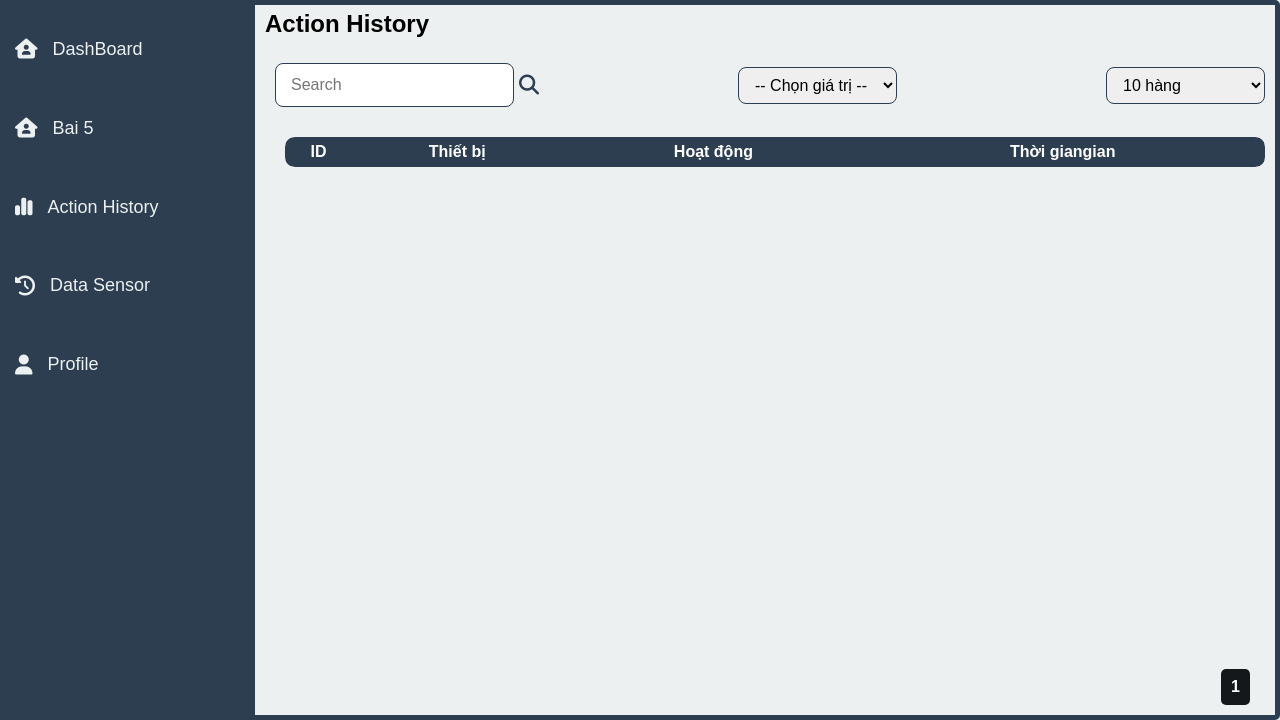
Repository: duongnoob23/duyyyy
Page: /action (app in iot/)
An editor plug-in stored every save of this project. The page is shown before and after the next save, followed by the edit.
The browser window is 1280 px wide. The pictures show the whole page.
The page's requests for data from a server got no answer. Some web libraries are served in a nearby version. The project was rebuilt for these pictures with package versions that can differ from the ones it lists, and the page was loaded fresh each time. No one was signed in, and anything a server would have sent is missing. Also part of the build but not shown: iot/src/App.css, iot/src/Pages/Home/Home.css, iot/src/Components/Doughnut/GaugeChart.js, iot/src/Components/LineChart/LineChartECharts.js, iot/src/Pages/Home/Home.js, iot/src/Pages/DataLogs/DataLogs.js, iot/src/Pages/Profile/Profile.css, iot/src/Pages/Profile/Profile.js and 3 more.

Above is the page before, as saved 2024-12-25 23:13:39.

### iot/public/index.html
<!DOCTYPE html>
<html lang="en">
  <head>
    <meta charset="utf-8" />
    <link rel="icon" href="%PUBLIC_URL%/favicon.ico" />
    <meta name="viewport" content="width=device-width, initial-scale=1" />
    <meta name="theme-color" content="#000000" />
    <meta
      name="description"
      content="Web site created using create-react-app"
    />
    <link rel="apple-touch-icon" href="%PUBLIC_URL%/logo192.png" />
    <!--
      manifest.json provides metadata used when your web app is installed on a
      user's mobile device or desktop. See https://developers.google.com/web/fundamentals/web-app-manifest/
    -->
    <link rel="manifest" href="%PUBLIC_URL%/manifest.json" />
    <!--
      Notice the use of %PUBLIC_URL% in the tags above.
      It will be replaced with the URL of the `public` folder during the build.
      Only files inside the `public` folder can be referenced from the HTML.

      Unlike "/favicon.ico" or "favicon.ico", "%PUBLIC_URL%/favicon.ico" will
      work correctly both with client-side routing and a non-root public URL.
      Learn how to configure a non-root public URL by running `npm run build`.
    -->
    <link rel="stylesheet" href="https://cdnjs.cloudflare.com/ajax/libs/font-awesome/6.6.0/css/all.min.css" integrity="sha512-Kc323vGBEqzTmouAECnVceyQqyqdsSiqLQISBL29aUW4U/M7pSPA/gEUZQqv1cwx4OnYxTxve5UMg5GT6L4JJg==" crossorigin="anonymous" referrerpolicy="no-referrer" />
    <title>React App</title>
    <script src="https://code.highcharts.com/highcharts.js"></script>
  </head>
  <body>
    <noscript>You need to enable JavaScript to run this app.</noscript>
    <div id="root"></div>
    <!--
      This HTML file is a template.
      If you open it directly in the browser, you will see an empty page.

      You can add webfonts, meta tags, or analytics to this file.
      The build step will place the bundled scripts into the <body> tag.

      To begin the development, run `npm start` or `yarn start`.
      To create a production bundle, use `npm run build` or `yarn build`.
    -->
  </body>
</html>

### iot/src/index.js
import React from 'react';
import { DatePicker } from 'antd';
import ReactDOM from 'react-dom/client';
import './index.css';
import App from './App';
import reportWebVitals from './reportWebVitals';
import { BrowserRouter } from 'react-router-dom';


const root = ReactDOM.createRoot(document.getElementById('root'));
root.render(
  // <React.StrictMode>
  <BrowserRouter>
    <App />
  </BrowserRouter>

  // </React.StrictMode>
);


reportWebVitals();

### iot/src/index.css
body {
  margin: 0;
  font-family: -apple-system, BlinkMacSystemFont, 'Segoe UI', 'Roboto', 'Oxygen',
    'Ubuntu', 'Cantarell', 'Fira Sans', 'Droid Sans', 'Helvetica Neue',
    sans-serif;
  -webkit-font-smoothing: antialiased;
  -moz-osx-font-smoothing: grayscale;
}

code {
  font-family: source-code-pro, Menlo, Monaco, Consolas, 'Courier New',
    monospace;
}

*{
  box-sizing: border-box;
  font-family: Arial, Helvetica, sans-serif;
}

html{
  font-size: 62.5%;
}

ul,li{
  list-style-type: none;
  margin: 0;
  padding:0;
}
a{
  text-decoration: none;
}

body{
  margin: 0;
  padding: 0;

}

### iot/src/App.js
// import logo from './logo.svg';
import './App.css';
import Layout from './Components/Layout/Layout';
import { Routes,Route} from 'react-router-dom';
import Home from './Pages/Home/Home';
import DataLogs from './Pages/DataLogs/DataLogs';
import Profile from './Pages/Profile/Profile';
import Action from './Pages/Action/Action';
import Bai5 from './Pages/Bai5/Bai5';
function App() {
  return (
    <>

      <Routes>
          <Route path="/" element = {<Layout/>}>
            <Route path='home' element={<Home/>}/>
            <Route path='bai5' element={<Bai5 />}/>
            <Route path='datalogs' element={<DataLogs/>}/>
            <Route path='profile' element={<Profile/>}/>
            <Route path='action' element={<Action/>}/>
          </Route>
      </Routes>
    </>
  );
}

export default App;

### iot/src/Components/Layout/Layout.js
import './Layout.css'
import { Link, Outlet, } from "react-router-dom";
// import { useState } from "react";

function Layout(){

    return (
        <>

        <div className="dashBoard">
        <div className="sideBar">
            <ul className="sideBar-list">
                <li className="sideBar-item">
                    {/* <a  href="#" className="sideBar-icon">
                        <i className="fa-solid fa-house-user">
                        </i>
                        <span className='sideBar-text'>DashBoard</span>
                    </a> */}
                    <Link className='sideBar-icon' to={"/home"}>
                        <i className="fa-solid fa-house-user">
                        </i>
                        <span className='sideBar-text'>DashBoard</span>
                    </Link>
                </li>
                <li className="sideBar-item">
                    <Link className='sideBar-icon' to={"/bai5"}>
                        <i className="fa-solid fa-house-user">
                        </i>
                        <span className='sideBar-text'>Bai 5</span>
                    </Link>
                </li>
                <li className="sideBar-item">
                <Link  className="sideBar-icon" to={"/action"}>
                    <i className="fa-solid fa-chart-simple"></i>
                        <span className='sideBar-text'>Action History</span>
                    </Link>
                </li>
                <li className="sideBar-item">
                    <Link className="sideBar-icon" to={"/datalogs"} >
                    <i className="fa-solid fa-clock-rotate-left"></i>
                        <span className='sideBar-text'> Data Sensor</span>
                    </Link>
                </li>
                <li className="sideBar-item">

                    <Link className="sideBar-icon" to={"/profile"}>
                        <i className="fa-solid fa-user"></i>
                        <span className='sideBar-text'>Profile</span>
                    </Link>
                </li>
            </ul>
        </div>
        <div className="sideMain">
            <Outlet/>
        </div>
    </div>
        </>
    )
}

export default Layout;

### iot/src/Pages/Action/Action.js
import "./Action.css";
import { useEffect, useRef, useState } from "react";
import { URL } from "../../Components/Helper/URL";

function Action() {
  const [databackup, setDataBackUp] = useState([]);
  const [data, setData] = useState([]);
  const [selectKey, setSelectKey] = useState("");
  const [selectInput, setSelectInput] = useState("");
  const [selectRow, setSelectRow] = useState(10);
  const [totalPage, setTotalPage] = useState(0);
  const [params, setParams] = useState({
    searchKey: "",
    searchValue: "",
    page: 1,
    limit: 10,
    sortKey: "",
    sortValue: "",
  });

  const inputRef = useRef(null);

  const updateParams = (newParams) => {
    setParams((prevParams) => ({ ...prevParams, ...newParams }));
  };

  const fetchApi = () => {
    const queryString = new URLSearchParams(params).toString();
    fetch(`${URL}/action?${queryString}`)
      .then((res) => res.json())
      .then((data) => {
        setData(data.results);
        setDataBackUp(data.results);
        setTotalPage(data.totalPages || 0);
      });
  };

  useEffect(() => {
    fetchApi();
  }, [params]);

  const handleChangeSelectKey = (e) => setSelectKey(e.target.value);
  const handleChangeSelectInput = (e) => setSelectInput(e.target.value);
  const handleChangeSelectRow = (e) => updateParams({ limit: e.target.value });

  const handleNextPage = () => {
    if (params.page < totalPage) updateParams({ page: params.page + 1 });
  };

  const handlePrePage = () => {
    if (params.page > 1) updateParams({ page: params.page - 1 });
  };

  const handleClickSearch = () => {
    const formattedSearchValue =
      selectKey === "time" && selectInput.length === 16
        ? `${selectInput}:00`
        : selectInput;

    updateParams({
      searchKey: selectKey,
      searchValue: formattedSearchValue || "",
      page: 1,
    });

    inputRef.current.value = "";
    inputRef.current.focus();
    setSelectInput("");
    setSelectKey("");
  };

  const handleClickSort = (sortKey) => {
    let sortValue = "asc";
    if (params.sortKey === sortKey) {
      sortValue = params.sortValue === "asc" ? "desc" : "";
      sortKey = sortValue ? sortKey : "";
    }
    updateParams({ sortKey, sortValue, page: 1 });
  };
  return (
    <>
      <div className="action">
        <h2 className="action-title">Action History</h2>
        <div className="option">
          <div className="search">
            <input
              ref={inputRef}
              type="text"
              placeholder="Search"
              className="search__input"
              onChange={handleChangeSelectInput}
            />
            <i
              className="fa-solid fa-magnifying-glass search__icon"
              onClick={handleClickSearch}
            ></i>
          </div>
          <div className="select">
            <select
              value={selectKey}
              className="select__list"
              onChange={handleChangeSelectKey}
            >
              <option value="device">Thiết bị</option>
              <option value="action">Hoạt động</option>
              <option value="time">Thời gian</option>
              <option value="" hidden>
                -- Chọn giá trị --
              </option>
            </select>
          </div>
          <div className="select2">
            <select
              value={selectRow}
              className="select__list"
              onChange={handleChangeSelectRow}
            >
              <option value={10}>10 hàng</option>
              <option value={20}>20 hàng</option>
              <option value={30}>30 hàng</option>
              <option value="" hidden>
                -- Chọn giá trị --
              </option>
            </select>
          </div>
        </div>

        <div className="table__container">
          <table className="table">
            <thead className="table__head">
              <tr className="table-row__head">
                <th>ID</th>
                <th>Thiết bị</th>
                <th>Hoạt động</th>
                <th>Thời giangian</th>
              </tr>
            </thead>
            <tbody className="table__body">
              {data &&
                data.map((item) => (
                  <tr className="table-row__body" key={item._id}>
                    <td>{item.stt}</td>
                    <td>{item.device}</td>
                    <td>{item.action}</td>
                    <td>{item.time}</td>
                  </tr>
                ))}
            </tbody>
          </table>
        </div>

        {/* <div className="table__container">
          <table className="table">
            <thead className="table__head">
              <tr>
                <th>ID</th>
                <th>Thiết bị</th>
                <th>Hành động</th>
                <th>Thời gian</th>
              </tr>
            </thead>
            <tbody>
              {data.map((item) => (
                <tr key={item.id}>
                  <td>{item.stt}</td>
                  <td>{item.device}</td>
                  <td>{item.action}</td>
                  <td>{item.time}</td>
                </tr>
              ))}
            </tbody>
          </table>
        </div> */}

        <div className="pagination">
          <ul className="pagi__list">
            <li className="pagi__pre" onClick={handlePrePage}>
              {params.page > 1 && <i className="fa-solid fa-backward"></i>}
            </li>
            <li className="pagi__cur">{params.page}</li>
            <li className="pagi__next" onClick={handleNextPage}>
              {params.page < totalPage && (
                <i className="fa-solid fa-forward"></i>
              )}
            </li>
          </ul>
        </div>
      </div>
    </>
  );
}

export default Action;

### iot/src/Components/Layout/Layout.css


/* Reset default padding and margins */
* {
    margin: 0;
    padding: 0;
    box-sizing: border-box;
}

/* DashBoard container */
.dashBoard {
    display: flex;
    height : 100vh;
    font-family: 'Roboto', sans-serif;
}

/* SideBar styling */
.sideBar {
    width: 250px;
    background-color: #2c3e50;
    padding: 20px 0;
    position: fixed;
    height: 100%;
    transition: all 0.3s ease;
}

.sideBar-list {
    list-style: none;
    padding-left: 0;
}

.sideBar-item {
    margin-bottom: 20px;
}

.sideBar-icon {
    display: flex;
    align-items: center;
    padding: 15px;
    color: #ecf0f1;
    text-decoration: none;
    transition: background 0.3s ease, color 0.3s ease;
}

.sideBar-icon i {
    margin-right: 15px;
    font-size: 20px;
}

/* Hover effect for sidebar items */
.sideBar-icon:hover {
    background-color: #34495e;
    color: #1abc9c;
    cursor: pointer;
    padding-left: 25px; /* Add a slide effect */
    transition: all 0.3s ease;
}

.sideBar-text {
    font-size: 18px;
}

/* Active link effect */
.sideBar-icon.active {
    background-color: #1abc9c;
    color: #fff;
    border-radius: 8px;
    transition: all 0.3s ease;
}

/* SideMain styling */
.sideMain {
    margin-left: 250px;
    background-color: #ecf0f1;
    flex-grow: 1;
}

/* Responsive Design */
@media screen and (max-width: 768px) {
    .sideBar {
        width: 200px;
    }

    .sideBar-icon {
        padding: 10px;
    }

    .sideMain {
        margin-left: 200px;
        padding: 20px;
    }
}

@media screen and (max-width: 576px) {
    .sideBar {
        width: 60px;
    }

    .sideBar-icon i {
        margin-right: 0;
        text-align: center;
        flex: 1;
    }

    .sideBar-text {
        display: none;
    }

    .sideMain {
        margin-left: 60px;
        padding: 10px;
    }
}

### iot/src/Components/Helper/URL.js
export const URL = "http://localhost:3001";

### iot/src/Pages/DataLogs/DataLogs.css
*{
    box-sizing: border-box;
}
.table {
    width: 90%;
    border-collapse: collapse;
    margin: 10px;
    border-radius:10px;
    overflow: hidden;
}

.data{
    border:5px solid #2c3e50;
    border-radius: 0 5px 5px 0;
    height: 100%;
}

.table__body{
    border-radius: 10px;
    border: 2px solid #2c3e50;
}

.table__head{
    border: 2px solid #2c3e50;
}
th, td {
    padding: 5px;
    text-align: center;
    border-bottom: 1px solid #ddd;
}
th {
    background-color: #2c3e50;
    color: white;
}

.table-row__body{
    transition: all 0.1s linear;

}
.table-row__body:nth-child(even){
    background-color: #eee;

}
.table-row__body:hover{
    background-color: #2c3e50;
    color: #F4C427;

}

.table-row__body:active{
    background-color: #2c3e50;
    color: #F4C427;
}
.data__title{
    margin-left: 10px;
    font-size: 20px;
    font-weight: bold;
}

.data__sort{
    margin-left: 10px;
    font-size: 15px;
    font-weight: bold;
    margin-bottom: 10px;

}

.data__in{
    border-radius: 10px;
    border: 2px solid #7A40F2;
    margin: 10px;
}

### iot/src/Pages/Action/Action.css
* {
  box-sizing: border-box;
  font-family: "Arial", sans-serif; /* Change this to your preferred font */
  font-size: 16px; /* Default font size */
  line-height: 1.6; /* Controls line spacing */
}

.action {
  border: 5px solid #2c3e50;
  border-radius: 0 5px 5px 0;
  height: 100vh; /* Full viewport height */
  display: flex;
  flex-direction: column;
  justify-content: space-between; /* Distribute space evenly */
}

.action-title {
  margin-left: 10px;
  font-size: 24px;
  font-weight: bold;
  margin-bottom: 20px;
}

.option {
  display: flex;
  align-items: center;
  margin-bottom: 20px;
}

.search {
  margin-left: 20px;
  display: flex;
  align-items: center;
}

.search__input {
  padding: 8px 15px;
  border-radius: 8px;
  outline: none;
  border: 1px solid #2c3e50;
  margin-right: 5px;
  font-size: 16px;
}

.search__icon {
  cursor: pointer;
  font-size: 20px;
  color: #2c3e50;
}

.select,
.select2 {
  margin-left: auto;
  padding: 0 10px;
}

.select__list {
  padding: 8px 12px;
  border-radius: 8px;
  border: 1px solid #2c3e50;
  outline: none;
  font-size: 16px;
}

/* Table container to control overflow */
.table__container {
  flex-grow: 1;
  /* overflow-y: auto; */
  border-radius: 10px;
  margin: 0 20px;
  padding-bottom: 20px;
}

.table {
  width: 100%;
  border-collapse: collapse;
}

.table__head {
  background-color: #2c3e50;
  color: white;
  border-radius: 10px 10px 0 0;
}

.table-row__head th,
.table-row__body td {
  padding: 0px;
  text-align: center;
}

.table-row__body:nth-child(even) {
  background-color: #f7f7f7;
}

.table-row__body:hover {
  background-color: #2c3e50;
  color: #f4c427;
}

/* Maintain height to ensure 10 rows fill the page */
.table-row__body {
  height: 40px; /* Adjust this based on design preferences */
  transition: background-color 0.3s;
}

.table__body {
  border-radius: 0 0 10px 10px;
}

.pagination {
  margin-right: 20px;
  padding: 10px 0;
  text-align: right;
}

.pagi__list {
  display: flex;
  justify-content: flex-end;
  align-items: center;
  font-size: 16px;
}

.pagi__item {
  margin: 0 5px;
  cursor: pointer;
  padding: 5px 10px;
  /* border: 1px solid #3498db; */
  border-radius: 5px;
  transition: background-color 0.3s;
}
.pagi__next {
  margin-left: 5px;
}
.pagi__pre {
  margin-right: 5px;
}
.pagi__next,
.pagi__pre {
  color: #3498db;
  cursor: pointer;
}

.pagi__cur {
  font-weight: bold;
  color: #fff;
  background-color: #15181b;
  border-radius: 5px;
  padding: 5px 10px;
}

/* Ensure last row visibility */
.table__container::-webkit-scrollbar {
  width: 6px;
}

.table__container::-webkit-scrollbar-thumb {
  background-color: #121518;
  border-radius: 10px;
}

.table__body {
  border-radius: 10px;
  border: 2px solid #2c3e50;
}

.table__head {
  border: 2px solid #2c3e50;
}
th,
td {
  padding: 5px;
  text-align: center;
  border-bottom: 1px solid #ddd;
}
th {
  background-color: #2c3e50;
  color: white;
}

.table-row__body {
  transition: all 0.1s linear;
}
.table-row__body:nth-child(even) {
  background-color: #eee;
}
.table-row__body:hover {
  background-color: #2c3e50;
  color: #f4c427;
}

.table-row__body:active {
  background-color: #2c3e50;
  color: #f4c427;
}

Loaded but not shown: iot/src/reportWebVitals.js (common file)

After the next save:
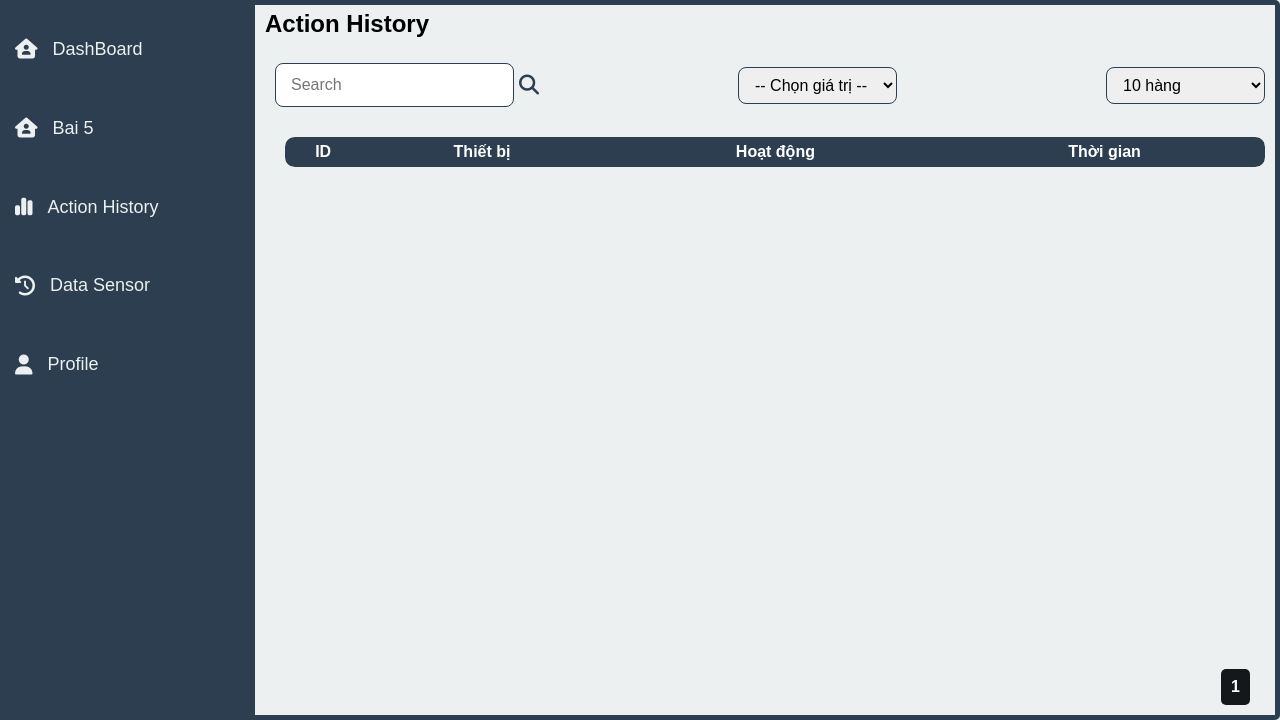
Saved 5 s later.
--- a/iot/src/Pages/Action/Action.js
+++ b/iot/src/Pages/Action/Action.js
@@ -132,7 +132,7 @@ function Action() {
                 <th>ID</th>
                 <th>Thiết bị</th>
                 <th>Hoạt động</th>
-                <th>Thời giangian</th>
+                <th>Thời gian</th>
               </tr>
             </thead>
             <tbody className="table__body">
